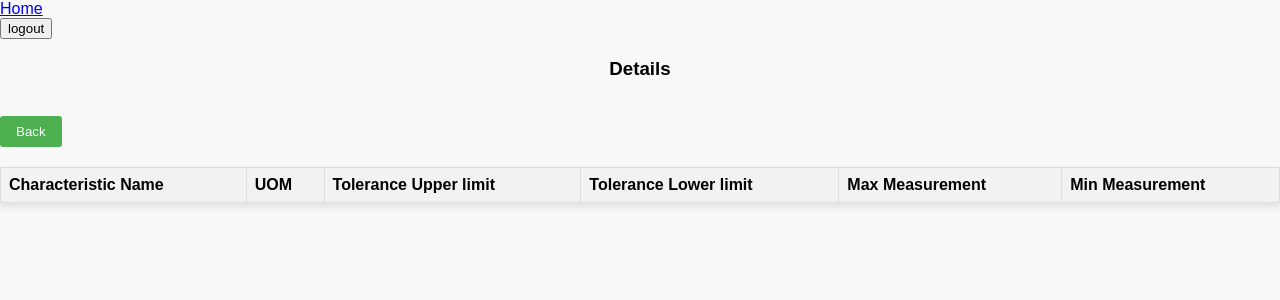
Repository: SJagadesh123/material-inspection01
Page: http://localhost/material_inspection/views/view-details.jsp
An editor plug-in stored every save of this project. The page is shown before and after the next save, followed by the edit.
The browser window is 1280 px wide. The pictures show the whole page.
The page is served by Tomcat 10. The template is opened directly, without the code that normally fills it, so the values that code supplies are empty.

Above is the page before, as saved 2024-02-11 08:01:12.
Not found: material inspection/material_inspection/css/header.css

After the next save:
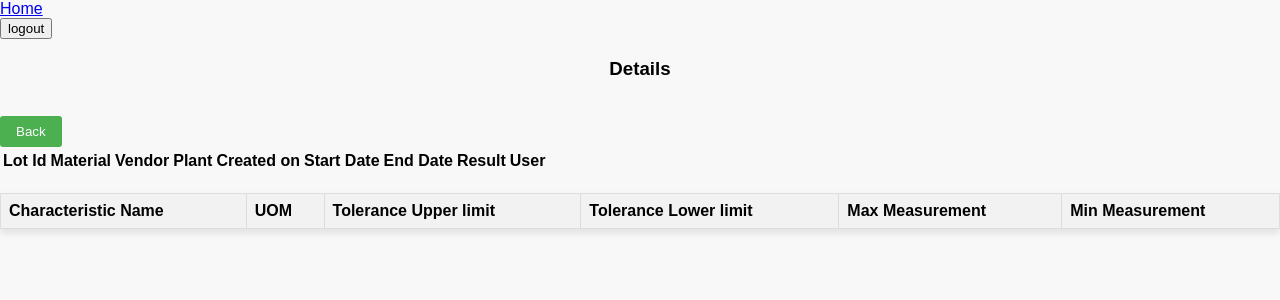
Saved 2 min 22 s later.
--- a/material inspection/material_inspection/src/main/webapp/views/view-details.jsp
+++ b/material inspection/material_inspection/src/main/webapp/views/view-details.jsp
@@ -37,6 +37,30 @@ h3 {
 	<br>
 	<input type="button" value="Back"
 		onclick="window.location.href='/material-inspection/inspection/results'">
+
+
+	<table>
+		<thead>
+			<tr>
+				<tr>
+        <th>Lot Id</th>
+        <th>Material</th>
+        <th>Vendor</th>
+        <th>Plant</th>
+        <th>Created on</th>
+        <th>Start Date</th>
+        <th>End Date</th>
+        <th>Result</th>
+        <th>User</th>
+
+      </tr>
+			</tr>
+
+		</thead>
+
+	</table>
+
+
 	<table class="search-results">
 		<thead>
 			<tr>
